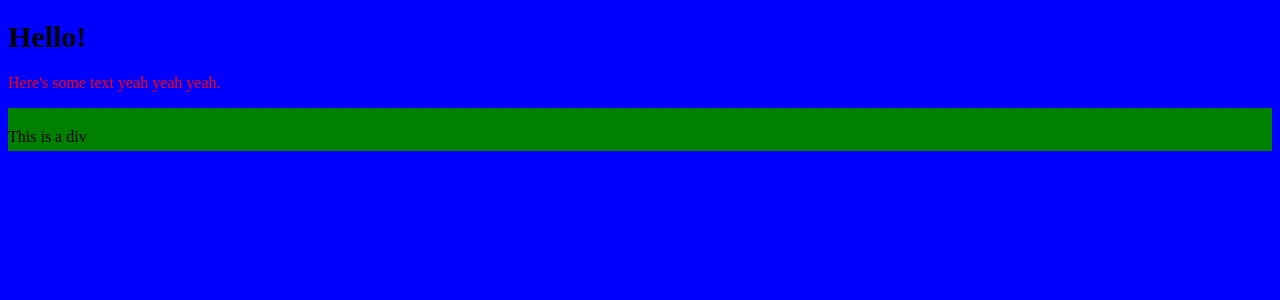
Repository: OperationSpark/teacher-training-curriculum
Page: Lesson4.html
The author's editor kept a record of every edit. The page is drawn from the files as they stood at one moment, then again after the next edit.
The browser window is 1280 px wide. The pictures show the whole page.

Above is the page before.

### Lesson4.html
<!DOCTYPE html>
<html>
    <head>
        <title>CSS!</title>
        <style type="text/css">
            body {
            background-color: blue;
            }

            h1 {
                    font-size: 30px;
            }

            p  {
                    color: red;
            }

            div {
                    padding-top: 20px;
                    padding-right: 10px;
                    padding-bottom: 5px;
                    padding-left: 0;
                    background-color: green;
                }
        </style>
    </head>
    <body>

        <h1>Hello!</h1>
        <p>Here's some text yeah yeah yeah.</p>

        <div>This is a div</div>

    </body>
</html>

After the next edit:
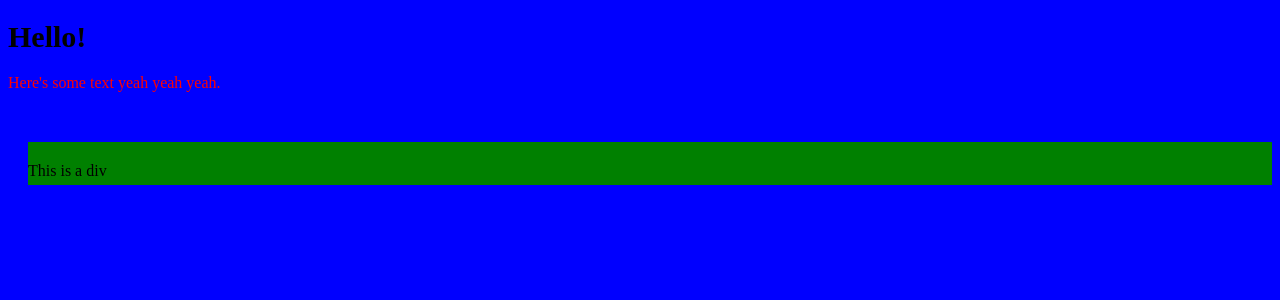
The edit:
--- a/Lesson4.html
+++ b/Lesson4.html
@@ -16,6 +16,8 @@
             }
 
             div {
+                    margin-top: 50px;
+                    margin-left: 20px;
                     padding-top: 20px;
                     padding-right: 10px;
                     padding-bottom: 5px;
